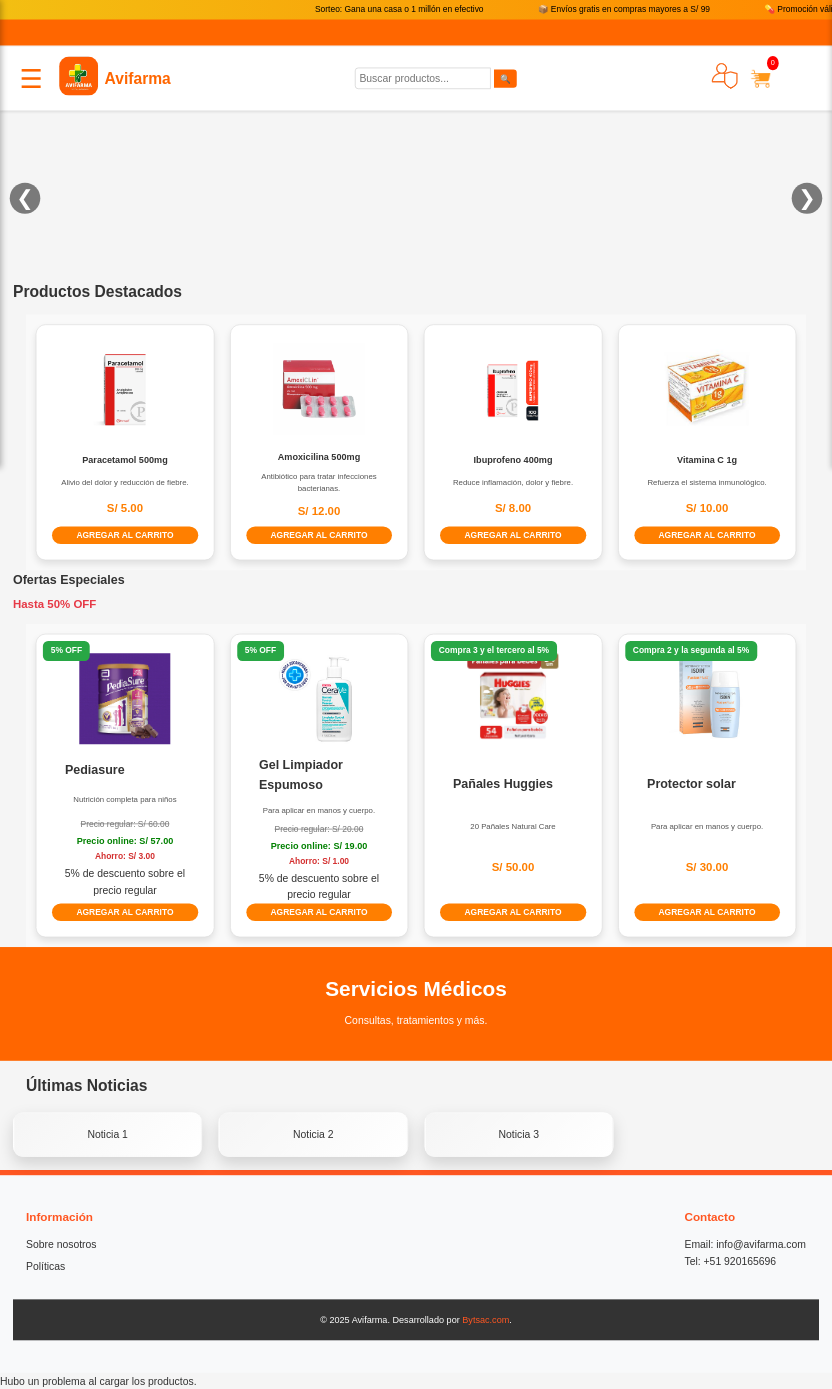
Repository: AVH75/avifarma-tienda
Page: index.html
An editor plug-in stored every save of this project. The page is shown before and after the next save, followed by the edit.
The browser window is 1280 px wide. The pictures show the whole page, at 65% of full size.

Above is the page before, as saved 2025-09-15 21:13:01.

### index.html
<!DOCTYPE html>
<html lang="es">
<head>
  <meta charset="UTF-8">
  <meta name="viewport" content="width=device-width, initial-scale=1.0">
  <title>Avifarma | Boticas y Farmacias - Salud y Bienestar</title>

  <!-- =========================
       SEO BÁSICO
  ========================= -->
  <meta name="description" content="Avifarma - Tu salud primero, siempre cerca de ti. Productos, servicios médicos y ofertas especiales.">
  <meta name="keywords" content="Avifarma, farmacia, botica, medicamentos, salud, productos farmacéuticos, Perú">
  <meta name="author" content="Bytsac.com">

  <!-- Favicon -->
<link rel="icon" type="image/png" href="img/logo/favicon.png">


  <!-- Open Graph -->
  <meta property="og:title" content="Avifarma | Tu salud primero">
  <meta property="og:description" content="Descubre productos, servicios médicos y ofertas especiales en Avifarma.">
  <meta property="og:image" content="img/logo/Logo.png">
  <meta property="og:url" content="https://avifarma.com">
  <meta property="og:type" content="website">

  <!-- Twitter Card -->
  <meta name="twitter:card" content="summary_large_image">
  <meta name="twitter:title" content="Avifarma | Tu salud primero">
  <meta name="twitter:description" content="Descubre productos, servicios médicos y ofertas especiales en Avifarma.">
  <meta name="twitter:image" content="img/logo/Logo.png">

  <!-- Schema.org JSON-LD -->
  <script type="application/ld+json">
  {
    "@context": "https://schema.org",
    "@type": "Pharmacy",
    "name": "Avifarma",
    "image": "https://avifarma.com/img/logo/Logo.png",
    "url": "https://avifarma.com",
    "address": {
      "@type": "PostalAddress",
      "addressLocality": "Trujillo",
      "addressCountry": "PE"
    },
    "contactPoint": {
      "@type": "ContactPoint",
      "telephone": "+51 920165696",
      "contactType": "customer service"
    }
  }
  </script>

  <!-- =========================
       ARCHIVOS CSS
  ========================= -->
  <link rel="stylesheet" href="css/style.css?v=1.8">
</head>
<body>

 <!-- =========================
       🔹 FRANJA SUPERIOR (Marquee con promos)
  ========================= -->
  <div class="promo-bar" role="banner">
    <div class="marquee" aria-label="Promociones destacadas">
      <span> Sorteo: Gana una casa o 1 millón en efectivo</span>
      <span>📦 Envíos gratis en compras mayores a S/ 99</span>
      <span>💊 Promoción válida hasta el 14 de septiembre</span>
    </div>
  </div>

  <!-- Separador entre la promo-bar y top-bar -->
  <div class="separador"></div>

  <!-- =========================
       🔹 TOP-BAR (Login/usuario)
  ========================= -->
<div class="top-bar" style="height: 50px;">
  <!-- Contenedor vacío para mantener la franja visible -->
</div>


  <div class="separator"></div>

  <!-- =========================
       🔹 HEADER PRINCIPAL
  ========================= -->

  <header class="header sticky" role="banner">
    <div class="main-header">

      <!-- 🔸 Menú hamburguesa y logo -->
      <div class="logo-menu-container">
        <!-- 🔸 Menú hamburguesa (izquierda) -->
        <button class="menu-toggle" id="menu-toggle" aria-label="Abrir menú de navegación" aria-controls="nav" aria-expanded="false">
          ☰
        </button>

        <!-- 🔸 Logo de Avifarma y nombre -->
        <div class="logo">
          <a href="index.html">
            <img src="img/logo/logo.jpeg" alt="Avifarma Logo" width="50" height="50" loading="lazy">
          </a>
          <h1>Avifarma</h1>
        </div>
      </div>

      <!-- 🔸 Buscador centrado -->
      <div class="buscador-container">
        <form role="search" class="search" action="buscar.html" method="get">
          <label for="buscador" class="sr-only"></label>
          <input type="search" name="q" id="buscador" placeholder="Buscar productos..." aria-label="Buscar productos">
          <button type="submit" aria-label="Buscar">🔍</button>
        </form>
      </div>

      <!-- 🔸 Acciones (Login y Carrito) -->
      <div class="acciones-header">
        <!-- Ingresar -->
     <a href="login.html">
    <img src="img/logo/login.png" alt="Imagen de inicio de sesión" style="width:50px;height:50px;">
</a>


        <!-- Carrito -->
        <a href="#" id="abrir-carrito" class="carrito-icono" aria-label="Abrir carrito de compras">
          <img src="img/logo/carrito.png" alt="Carrito de compras" class="icono-img" width="32" height="32" loading="lazy">
          <span id="contador-carrito" class="contador">0</span>
        </a>
      </div>

    </div>
  </header>

  <!-- =========================
       🔹 Menú lateral (Sidebar)
  ========================= -->
<div id="nav" class="menu">
  <button id="close-menu" class="close-menu">×</button>
  <ul>
    <li><a href="#">Inicio</a></li>
    <li><a href="#">Productos</a></li>
    <li><a href="#">Servicios</a></li>
    <li><a href="#">Contacto</a></li>
  </ul>
</div>

<div id="overlay-menu"></div>



  <!-- =========================
       🔹 HERO PROMOCIONES
  ========================= -->
  <section class="promociones" aria-label="Banners promocionales">
    <div class="slider-container">
      <div class="slider" id="slider-banner"></div>
      <button class="prev" aria-label="Anterior">❮</button>
      <button class="next" aria-label="Siguiente">❯</button>
      <div class="dots-container" id="dots"></div>
    </div>
  </section>

  <!-- =========================
       🔹 PRODUCTOS DESTACADOS
  ========================= -->
  <main>
    <section class="productos">
      <h2 id="titulo-productos">Productos Destacados</h2>
      <div class="grid-productos" id="productos-grid"></div>
    </section>

    <aside class="ofertas" aria-label="Ofertas especiales">
      <h3 id="titulo-ofertas">Ofertas Especiales</h3>
      <p class="oferta-texto">Hasta 50% OFF</p>
      <div class="grid-ofertas" id="ofertas-grid"></div>
    </aside>
  </main>

  <!-- =========================
       🔹 SERVICIOS
  ========================= -->
  <section class="servicios">
    <h2 id="titulo-servicios">Servicios Médicos</h2>
    <p>Consultas, tratamientos y más.</p>
  </section>

  <!-- =========================
       🔹 NOVEDADES
  ========================= -->
  <section class="novedades">
    <h2 id="titulo-novedades">Últimas Noticias</h2>
    <div class="grid">
      <article class="card">Noticia 1</article>
      <article class="card">Noticia 2</article>
      <article class="card">Noticia 3</article>
    </div>
  </section>

  <!-- =========================
       🔹 FOOTER
  ========================= -->
  <footer>
    <div class="footer-top">
      <div>
        <h3>Información</h3>
        <ul>
          <li><a href="sobre-nosotros.html">Sobre nosotros</a></li>
          <li><a href="politicas.html">Políticas</a></li>
        </ul>
      </div>
      <div>
        <h3>Contacto</h3>
        <p>Email: <a href="mailto:info@avifarma.com">info@avifarma.com</a></p>
        <p>Tel: <a href="tel:+51920165696">+51 920165696</a></p>
      </div>
    </div>
    <div class="footer-bottom">
      <p>© 2025 Avifarma. Desarrollado por <a href="https://bytsac.com" target="_blank" rel="noopener">Bytsac.com</a>.</p>
    </div>
  </footer>

  <!-- =========================
       🔹 CARRITO LATERAL
  ========================= -->
<div id="carrito-sidebar" class="carrito-sidebar" aria-hidden="true">
  <div class="carrito-header">
    <h2>Carrito</h2>
    <button class="cerrar-carrito" onclick="cerrarCarrito()" aria-label="Cerrar carrito">×</button>
  </div>

  <!-- Productos -->
  <div id="carrito-items" class="productos-carrito">
    <!-- Ejemplo producto -->
    <div class="producto-card">
     <img src="img/productos/marca.jpg" alt="Producto">
      <div class="producto-info">
        <h3>Nombre del Producto</h3>
        <p class="precio">S/ 20.00</p>
        <div class="acciones">
          <button class="cantidad">-</button>
          <span>1</span>
          <button class="cantidad">+</button>
          <button class="eliminar">🗑</button>
        </div>
      </div>
    </div>
  </div>

  <!-- Totales -->
  <div class="carrito-footer">
    <p>Subtotal: <span id="subtotal">S/ 0.00</span></p>
    <p>Descuento: <span id="descuento">S/ 0.00</span></p>
    <p>Total: <span id="total">S/ 0.00</span></p>

    <!-- Botones -->
    <div class="cart-buttons">
      <button id="ir-a-pagar" class="btn-primary" onclick="comprarAhora()">Ir a pagar</button>
       <a href="carrito.html" id="ver-carrito">Ver carrito</a>
    </div>
  </div>
</div>

<!-- Overlay (fondo oscuro) -->
<div id="overlay-carrito"></div>

  <!-- =========================
       🔹 SCRIPTS
  ========================= -->
  <script src="js/menu.js?v=1.8" defer></script>
  <script src="js/carrito.js?v=1.8" defer></script>
  <script src="js/render-catalogo.js?v=1.8" defer></script>
</body>
</html>

### js/render-catalogo.js
// ===================================================
// Renderizado de Productos y Ofertas
// ===================================================
function mostrarItems(lista, contenedorId, tipo = "producto") {
    const contenedor = document.getElementById(contenedorId);
    if (!contenedor) {
        console.error(`⚠️ El contenedor con id "${contenedorId}" no existe en el DOM`);
        return;
    }

    contenedor.innerHTML = ""; // Limpiar el contenedor

    lista.forEach(item => {
        const imageUrl = item.img || "default-image.jpg";

        // Crear la tarjeta
        const card = document.createElement("div");
        card.classList.add("card-" + tipo);
        card.style.position = "relative";

        // Imagen
        const img = document.createElement("img");
        img.src = imageUrl;
        img.alt = item.nombre;
        card.appendChild(img);

        // Etiqueta de oferta (solo para "ofertas")
        if (tipo === "oferta" && (item.descuento || item.precio_con_descuento)) {
            const etiqueta = document.createElement("div");
            etiqueta.classList.add("oferta-tag");
            etiqueta.textContent = item.descuento || "Descuento Especial";
            card.appendChild(etiqueta);
        }

        // Título y descripción
        const h3 = document.createElement("h3");
        h3.textContent = item.nombre;
        const pDescripcion = document.createElement("p");
        pDescripcion.textContent = item.descripcion;
        card.appendChild(h3);
        card.appendChild(pDescripcion);

        // Precios
        const preciosDiv = document.createElement("div");
        preciosDiv.classList.add("precios");

        if (tipo === "oferta" && item.precio_con_descuento && item.precio_con_descuento < item.precio) {
            const precioRegular = document.createElement("span");
            precioRegular.classList.add("precio-regular");
            precioRegular.textContent = `Precio regular: S/ ${item.precio.toFixed(2)}`;

            const precioDescuento = document.createElement("span");
            precioDescuento.classList.add("precio-descuento");
            precioDescuento.textContent = `Precio online: S/ ${item.precio_con_descuento.toFixed(2)}`;

            const ahorro = document.createElement("div");
            ahorro.classList.add("ahorro");
            ahorro.textContent = `Ahorro: S/ ${item.ahorro.toFixed(2)}`;

            preciosDiv.append(precioRegular, precioDescuento, ahorro);
        } else {
            const precioNormal = document.createElement("span");
            precioNormal.classList.add("precio");
            precioNormal.textContent = `S/ ${item.precio.toFixed(2)}`;
            preciosDiv.appendChild(precioNormal);
        }

        // 🔹 Promoción por volumen (2x1, 2da50, 3ra50)
        if (item.descuentoVolumen || item.textoPromocion) {
            const promoInfo = document.createElement("div");
            promoInfo.classList.add("promo-info");

            if (item.descuentoVolumen) {
                if (item.descuentoVolumen.tipo === "2x1") {
                    promoInfo.textContent = "Llévate 2 pagando 1 (50% en el segundo)";
                } else if (item.descuentoVolumen.tipo === "2da50") {
                    promoInfo.textContent = "Compra 1 y la 2da unidad al 50%";
                } else if (item.descuentoVolumen.tipo === "3ra50") {
                    promoInfo.textContent = "Compra 2 y la 3ra unidad al 50%";
                }
            } else if (item.textoPromocion) {
                promoInfo.textContent = item.textoPromocion;
            }

            preciosDiv.appendChild(promoInfo);
        }

        card.appendChild(preciosDiv);

        // Botón
        const button = document.createElement("button");
        button.textContent = "Agregar al carrito";
        button.onclick = () => agregarAlCarrito(item.id); // ✅ se pasa solo el id
        card.appendChild(button);

        // Insertar tarjeta
        contenedor.appendChild(card);
    });
}

// ===================================================
// Carrusel de Banners
// ===================================================
function mostrarCarrusel(banners) {
    const slider = document.getElementById("slider-banner");
    if (!slider) return;

    slider.innerHTML = "";

    banners.forEach(item => {
        const slide = document.createElement("div");
        slide.classList.add("slide");

        const img = document.createElement("img");
        img.src = item.src;
        img.alt = item.alt;

        slide.appendChild(img);
        slider.appendChild(slide);
    });

    let currentIndex = 0;
    const slides = slider.querySelectorAll(".slide");
    const totalSlides = slides.length;

    const dotsContainer = document.getElementById("dots");
    if (dotsContainer) {
        dotsContainer.innerHTML = "";
        banners.forEach((_, i) => {
            const dot = document.createElement("div");
            dot.classList.add("dot");
            if (i === 0) dot.classList.add("active");
            dot.addEventListener("click", () => {
                currentIndex = i;
                updateSlider();
                updateDots();
            });
            dotsContainer.appendChild(dot);
        });
    }

    function updateDots() {
        if (!dotsContainer) return;
        dotsContainer.querySelectorAll(".dot").forEach((dot, i) => {
            dot.classList.toggle("active", i === currentIndex);
        });
    }

    function updateSlider() {
        const offset = -currentIndex * 100;
        slider.style.transform = `translateX(${offset}%)`;
        updateDots();
    }

    function nextSlide() {
        currentIndex = (currentIndex + 1) % totalSlides;
        updateSlider();
    }

    function prevSlide() {
        currentIndex = (currentIndex - 1 + totalSlides) % totalSlides;
        updateSlider();
    }

    const btnPrev = document.querySelector(".prev");
    const btnNext = document.querySelector(".next");
    if (btnPrev && btnNext) {
        btnPrev.addEventListener("click", prevSlide);
        btnNext.addEventListener("click", nextSlide);
    }

    let autoplay = setInterval(nextSlide, 5000);
    slider.parentElement.addEventListener("mouseenter", () => clearInterval(autoplay));
    slider.parentElement.addEventListener("mouseleave", () => autoplay = setInterval(nextSlide, 5000));

    updateSlider();
}

// ===================================================
// Carga del JSON y Renderizado
// ===================================================
fetch("./productos.json") // 🔹 Ajusta la ruta según tu estructura
    .then(res => res.json())
    .then(data => {
        mostrarItems(data.productos, "productos-grid", "producto");
        mostrarItems(data.ofertas, "ofertas-grid", "oferta");
        mostrarCarrusel(data.BannerCarrusel);
    })
    .catch(err => {
        console.error("❌ Error al cargar JSON:", err);
        const errorMessage = document.createElement("p");
        errorMessage.textContent = "Hubo un problema al cargar los productos.";
        document.body.appendChild(errorMessage);
    });

Loaded but not shown: productos.json (114 lines, source omitted); js/carrito.js (359 lines, source omitted); js/menu.js (70 lines, source omitted); css/style.css (1775 lines, source omitted)

After the next save:
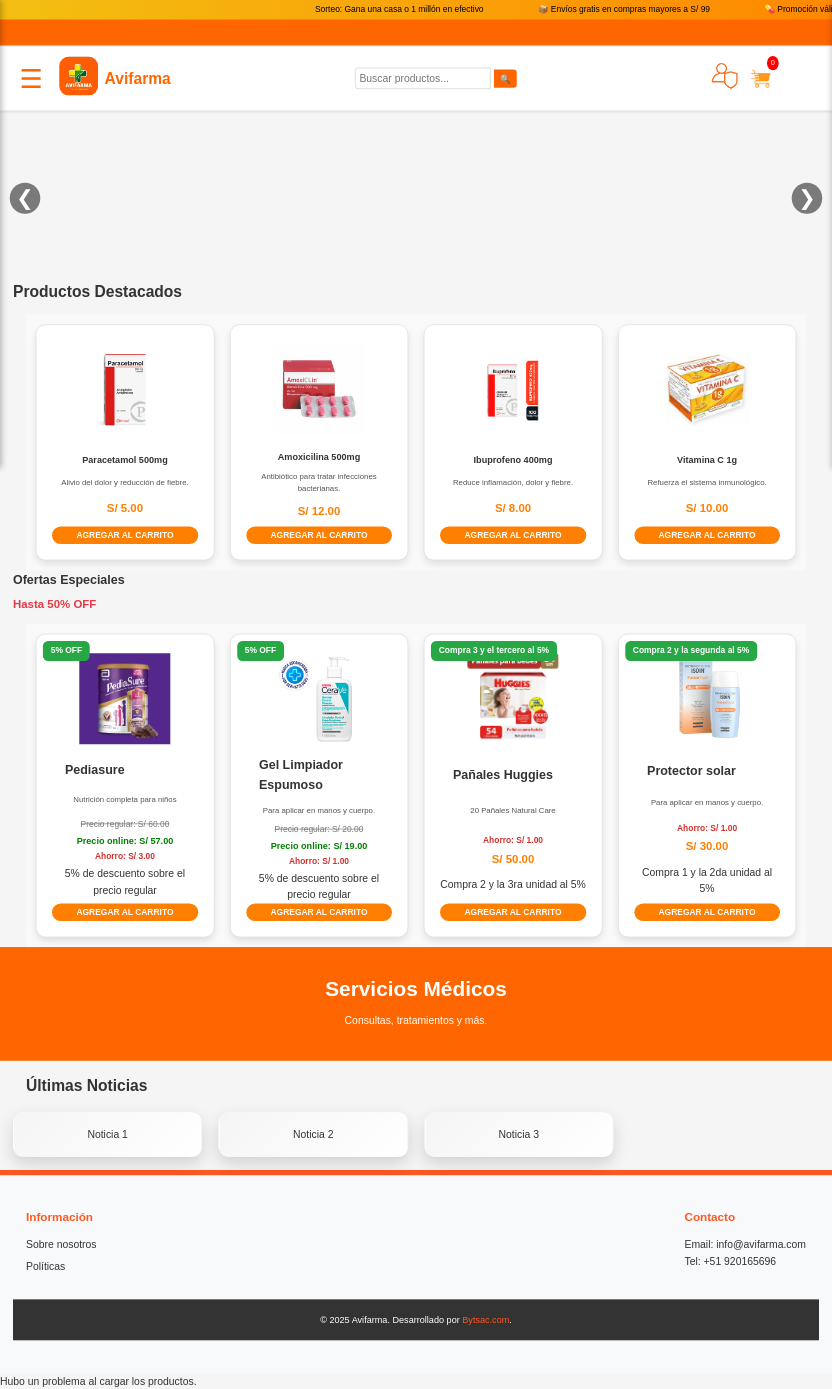
Saved 8 min 16 s later.
--- a/js/render-catalogo.js
+++ b/js/render-catalogo.js
@@ -44,7 +44,9 @@
         const preciosDiv = document.createElement("div");
         preciosDiv.classList.add("precios");
 
-        if (tipo === "oferta" && item.precio_con_descuento && item.precio_con_descuento < item.precio) {
+        const precioAMostrar = item.precio_con_descuento ? item.precio_con_descuento : item.precio;
+
+        if (item.precio_con_descuento && item.precio_con_descuento < item.precio) {
             const precioRegular = document.createElement("span");
             precioRegular.classList.add("precio-regular");
             precioRegular.textContent = `Precio regular: S/ ${item.precio.toFixed(2)}`;
@@ -61,22 +63,32 @@
         } else {
             const precioNormal = document.createElement("span");
             precioNormal.classList.add("precio");
-            precioNormal.textContent = `S/ ${item.precio.toFixed(2)}`;
+            precioNormal.textContent = `S/ ${precioAMostrar.toFixed(2)}`;
+
+            if (item.ahorro) {
+                const ahorro = document.createElement("div");
+                ahorro.classList.add("ahorro");
+                ahorro.textContent = `Ahorro: S/ ${item.ahorro.toFixed(2)}`;
+                preciosDiv.append(ahorro);
+            }
+
             preciosDiv.appendChild(precioNormal);
         }
 
-        // 🔹 Promoción por volumen (2x1, 2da50, 3ra50)
+        // 🔹 Promoción por volumen (2x1, 2da50, 3ra50) o textoPromocion
         if (item.descuentoVolumen || item.textoPromocion) {
             const promoInfo = document.createElement("div");
             promoInfo.classList.add("promo-info");
 
             if (item.descuentoVolumen) {
-                if (item.descuentoVolumen.tipo === "2x1") {
-                    promoInfo.textContent = "Llévate 2 pagando 1 (50% en el segundo)";
-                } else if (item.descuentoVolumen.tipo === "2da50") {
-                    promoInfo.textContent = "Compra 1 y la 2da unidad al 50%";
-                } else if (item.descuentoVolumen.tipo === "3ra50") {
-                    promoInfo.textContent = "Compra 2 y la 3ra unidad al 50%";
+                // Ajustamos para mostrar el porcentaje real
+                const promoPercent = item.descuentoVolumen.promo * 100;
+                if (item.descuentoVolumen.compra === 2 && item.descuentoVolumen.aplicaA === 3) {
+                    promoInfo.textContent = `Compra 2 y la 3ra unidad al ${promoPercent}%`;
+                } else if (item.descuentoVolumen.compra === 1 && item.descuentoVolumen.aplicaA === 2) {
+                    promoInfo.textContent = `Compra 1 y la 2da unidad al ${promoPercent}%`;
+                } else if (item.descuentoVolumen.compra === 1 && item.descuentoVolumen.aplicaA === 1) {
+                    promoInfo.textContent = `Llévate ${item.descuentoVolumen.compra} pagando ${item.descuentoVolumen.aplicaA}`;
                 }
             } else if (item.textoPromocion) {
                 promoInfo.textContent = item.textoPromocion;
@@ -90,7 +102,7 @@
         // Botón
         const button = document.createElement("button");
         button.textContent = "Agregar al carrito";
-        button.onclick = () => agregarAlCarrito(item.id); // ✅ se pasa solo el id
+        button.onclick = () => agregarAlCarrito(item.id);
         card.appendChild(button);
 
         // Insertar tarjeta
